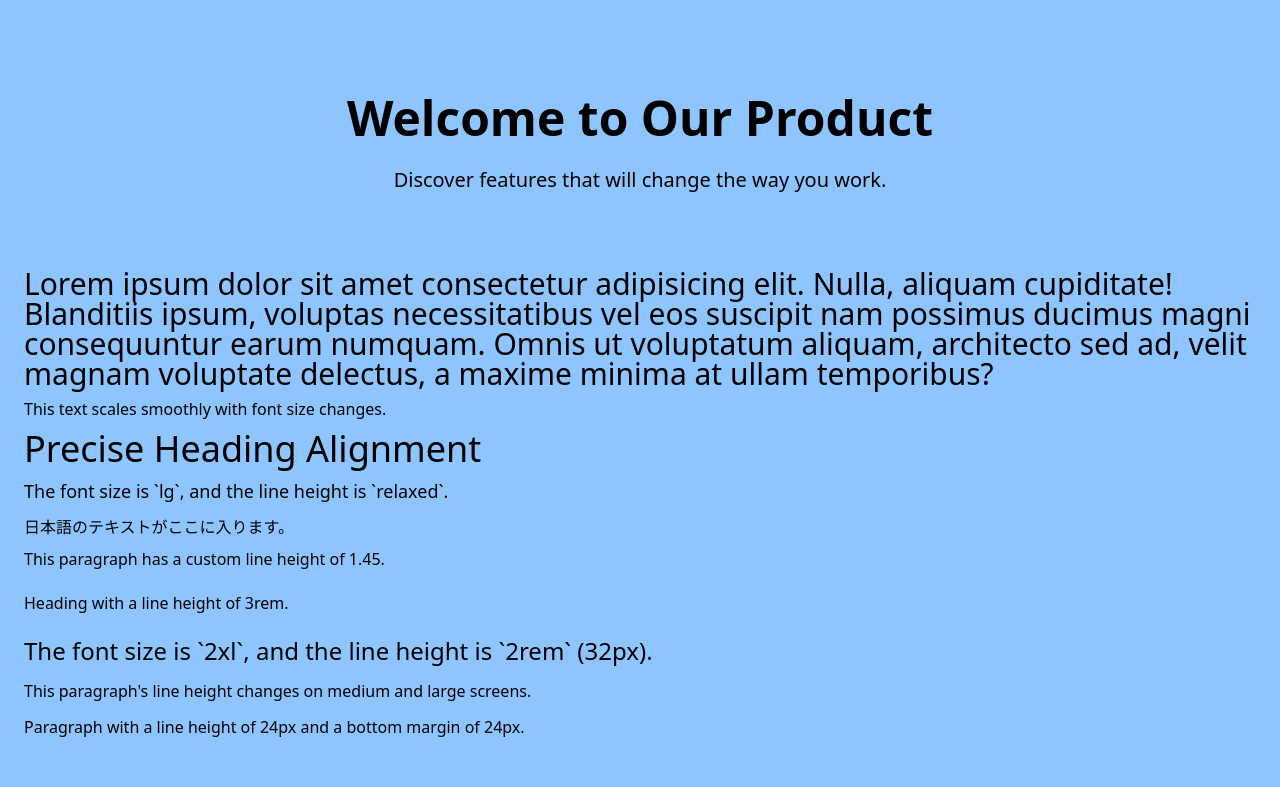
Repository: DinTri/TailwindCss
Page: index.html
The author's editor kept a copy of each file at every save. The page is drawn from the files as they stood at one save, then again after the next save.
The browser window is 1280 px wide. The pictures show the whole page.
Some web fonts or font styles are not loaded; a fallback is used.

Above is the page before, as saved 2025-06-09 13:45:43.

### index.html
<!DOCTYPE html>
<html lang="en">
  <head>
    <meta charset="UTF-8">
    <meta name="viewport" content="width=device-width, initial-scale=1">
    <title>Play with Tailwind</title>
    <link rel="preconnect" href="https://fonts.googleapis.com">
<link rel="preconnect" href="https://fonts.gstatic.com" crossorigin>
<link href="https://fonts.googleapis.com/css2?family=Edu+VIC+WA+NT+Hand+Pre:wght@400..700&display=swap" rel="stylesheet">
    <link rel="stylesheet" href="style.css">
    </head>
  <body class="bg-blue-300">
    <div class="m-2 p-4 space-y-2">
      <section class="text-center py-16">
  <h1 class="text-5xl leading-tight font-bold">
    Welcome to Our Product
  </h1>
  <p class="text-xl leading-relaxed mt-4">
    Discover features that will change the way you work.
  </p>
</section>
    <p class="text-3xl leading-none">Lorem ipsum dolor sit amet consectetur adipisicing elit. Nulla, aliquam cupiditate! Blanditiis ipsum, voluptas necessitatibus vel eos suscipit nam possimus ducimus magni consequuntur earum numquam. Omnis ut voluptatum aliquam, architecto sed ad, velit magnam voluptate delectus, a maxime minima at ullam temporibus?</p>
    <p class="text-base leading-normal">
  This text scales smoothly with font size changes.
</p>
<h1 class="text-4xl leading-10">
  Precise Heading Alignment
</h1>
<p class="text-lg/relaxed">
  The font size is `lg`, and the line height is `relaxed`.
</p>
<p class="leading-relaxed" lang="ja">
  日本語のテキストがここに入ります。
</p>
<p class="leading-[1.45]">
  This paragraph has a custom line height of 1.45.
</p>

<h1 class="leading-[3rem]">
  Heading with a line height of 3rem.
</h1>
<p class="text-2xl/8">
  The font size is `2xl`, and the line height is `2rem` (32px).
</p>
<p class="leading-normal md:leading-relaxed lg:leading-loose">
  This paragraph's line height changes on medium and large screens.
</p>
<p class="text-base leading-6 mb-6">
  Paragraph with a line height of 24px and a bottom margin of 24px.
</p>
  </div>
  </body>
</html>

Loaded but not shown: style.css (2230 lines, source omitted)

After the next save:
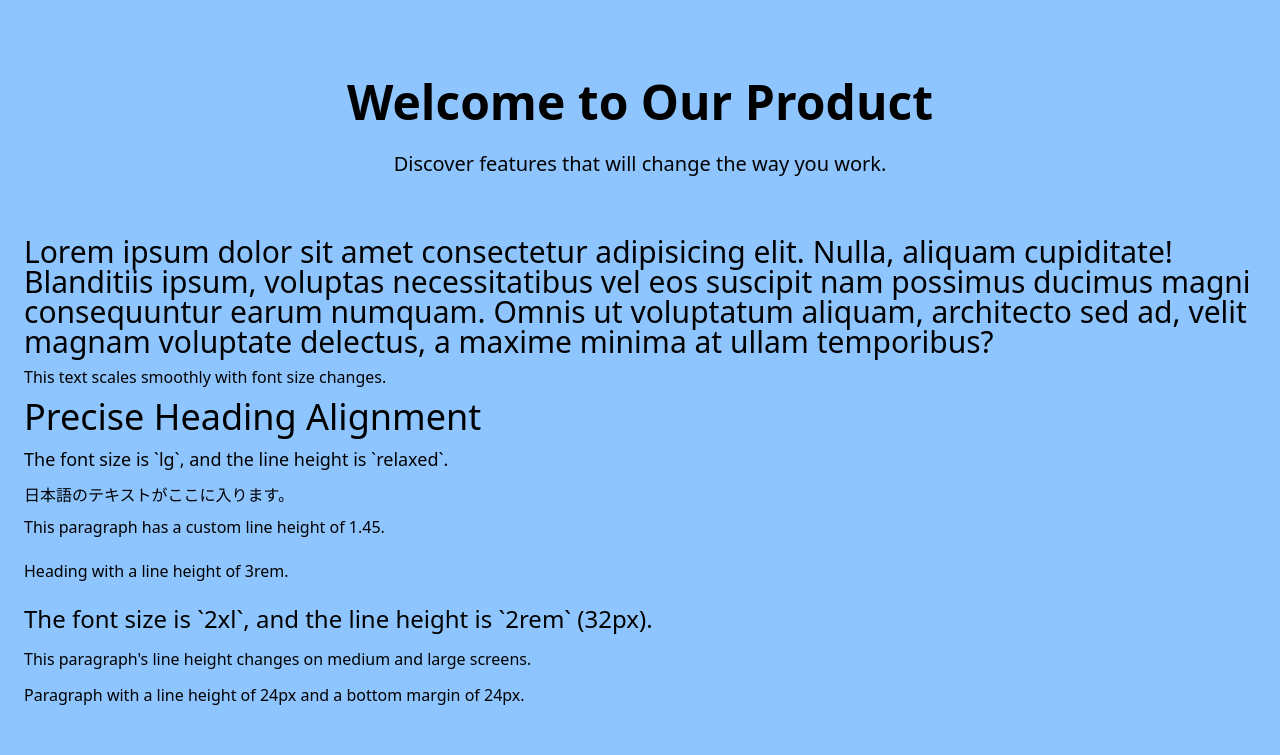
Saved 35 s later.
--- a/index.html
+++ b/index.html
@@ -11,7 +11,7 @@
     </head>
   <body class="bg-blue-300">
     <div class="m-2 p-4 space-y-2">
-      <section class="text-center py-16">
+      <section class="text-center py-12">
   <h1 class="text-5xl leading-tight font-bold">
     Welcome to Our Product
   </h1>
